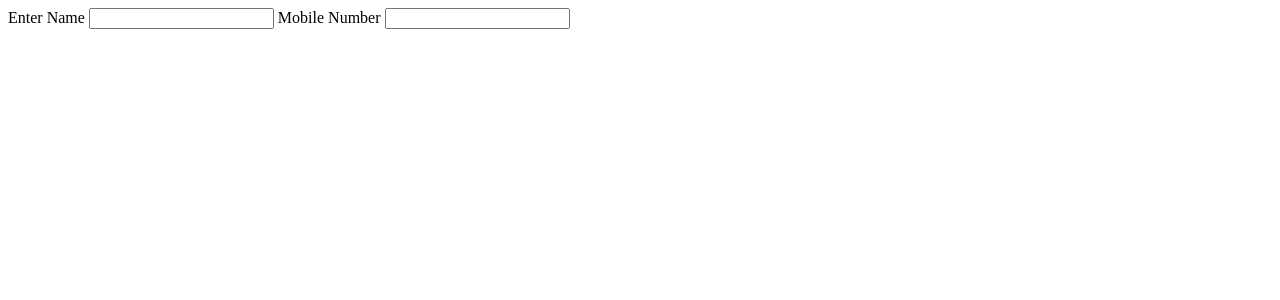
Repository: ydv-prince/JAVA-Full-Stack
Page: http://localhost/JDBC_DB/
These files come from the project's save history. The page is drawn as it stood at one moment and after the next save; the edit follows.
The browser window is 1280 px wide. The pictures show the whole page.
The page is served by Tomcat 10. Other server files are loaded and not shown.

Above is the page before, as saved 2025-12-30 05:44:55.

### JDBC_DB/src/main/webapp/index.jsp
<%@ page language="java" contentType="text/html; charset=UTF-8"
    pageEncoding="UTF-8"%>
<!DOCTYPE html>
<html>
<head>
<meta charset="UTF-8">
<title>Insert title here</title>
</head>
<body>
<form action="insert" method="get">
Enter Name <input type="text" >

Mobile Number <input type="text" >
</form>
</body>
</html>

After the next save:
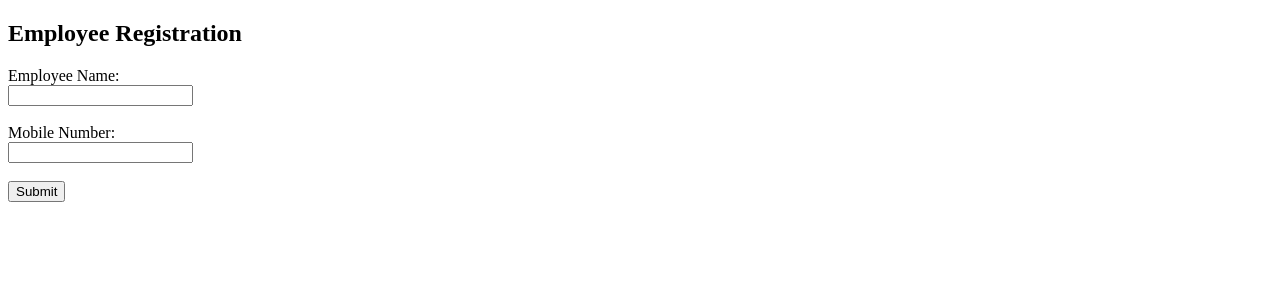
Saved 80 s later.
--- a/JDBC_DB/src/main/webapp/index.jsp
+++ b/JDBC_DB/src/main/webapp/index.jsp
@@ -4,13 +4,21 @@
 <html>
 <head>
 <meta charset="UTF-8">
-<title>Insert title here</title>
+<title>Employee Form</title>
 </head>
 <body>
+
+<h2>Employee Registration</h2>
+
 <form action="insert" method="get">
-Enter Name <input type="text" >
+    <label>Employee Name:</label><br>
+    <input type="text" name="ename" required><br><br>
 
-Mobile Number <input type="text" >
+    <label>Mobile Number:</label><br>
+    <input type="text" name="mobile" required><br><br>
+
+    <input type="submit" value="Submit">
 </form>
+
 </body>
 </html>
